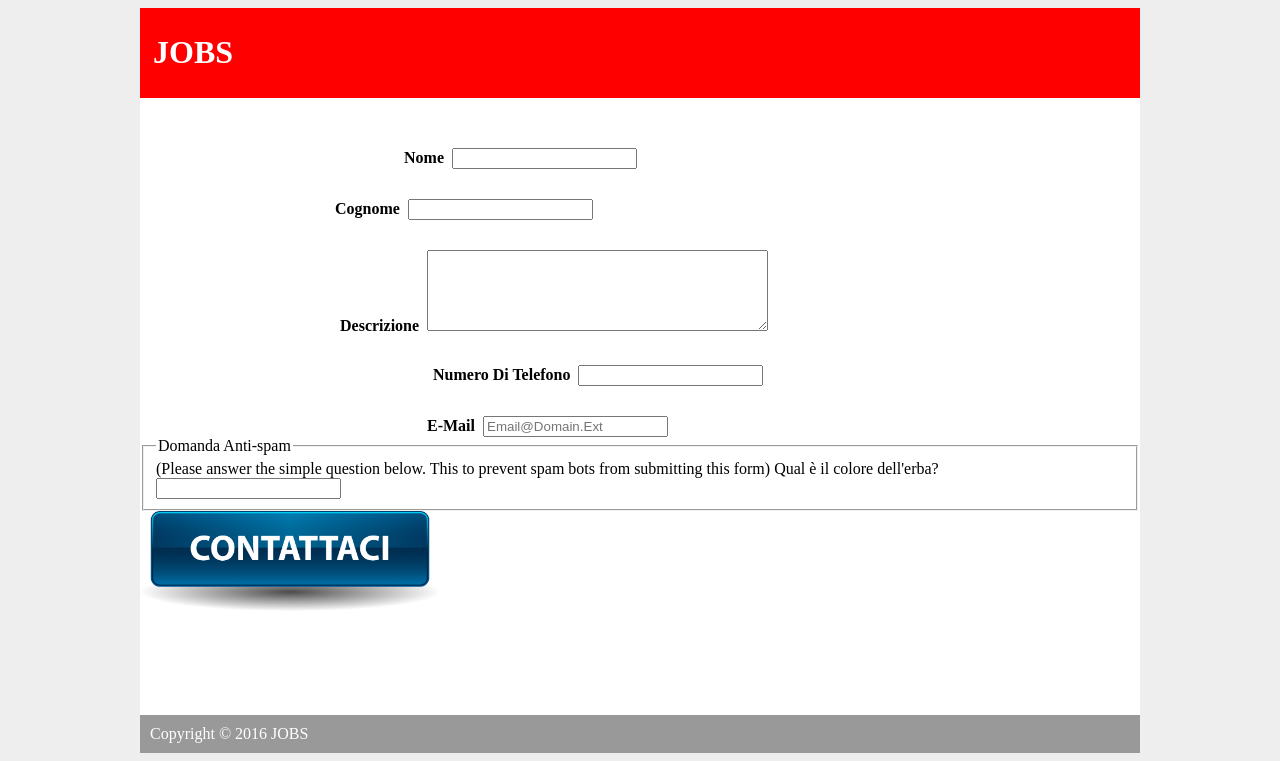
Repository: ProjectRC/RC
Page: client/contattaci.html
The author's editor kept a record of every edit. The page is drawn from the files as they stood at one moment, then again after the next edit.
The browser window is 1280 px wide. The pictures show the whole page.

Above is the page before.

After the next edit:
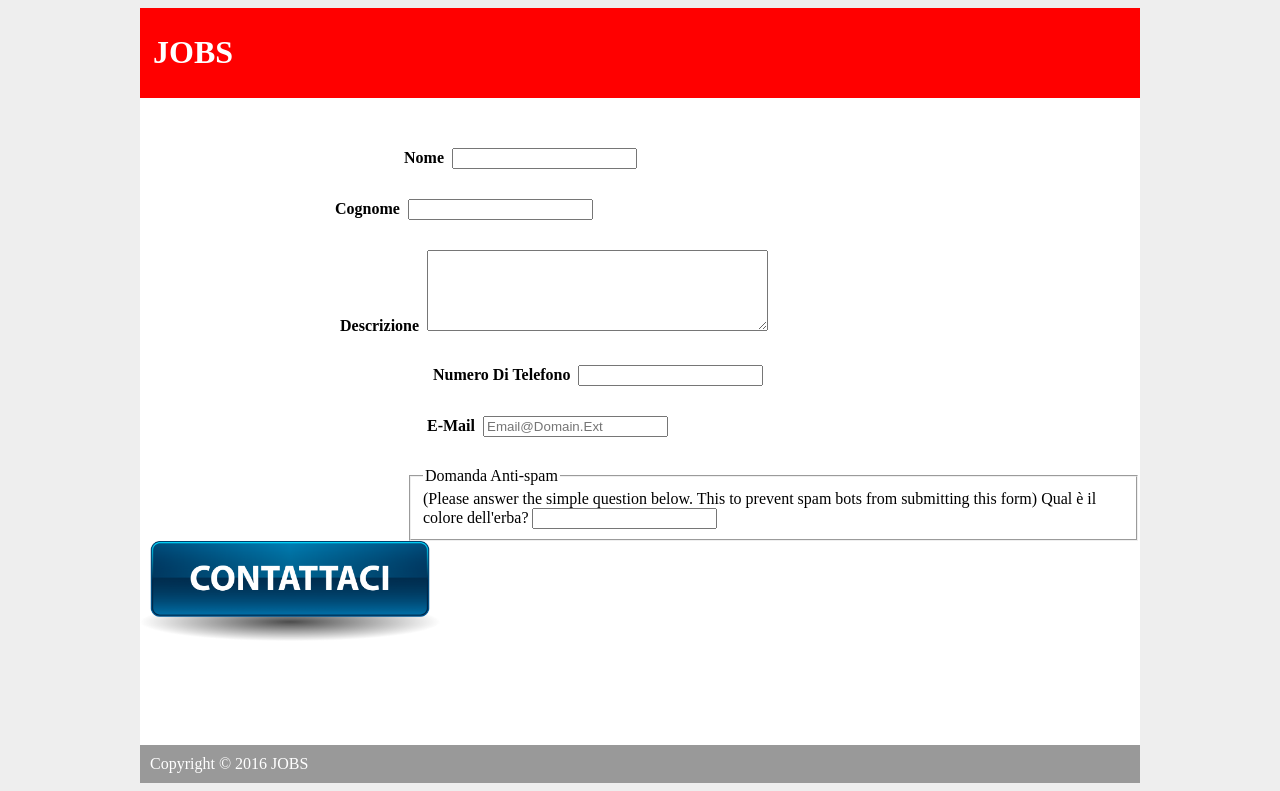
The edit:
--- a/client/css/contattaci.css
+++ b/client/css/contattaci.css
@@ -56,7 +56,7 @@
     text-transform: capitalize;
 }
 
-#provincia {
+#antispam {
     margin-top: 30px;
     text-align: left;
     margin-left: 269px;
